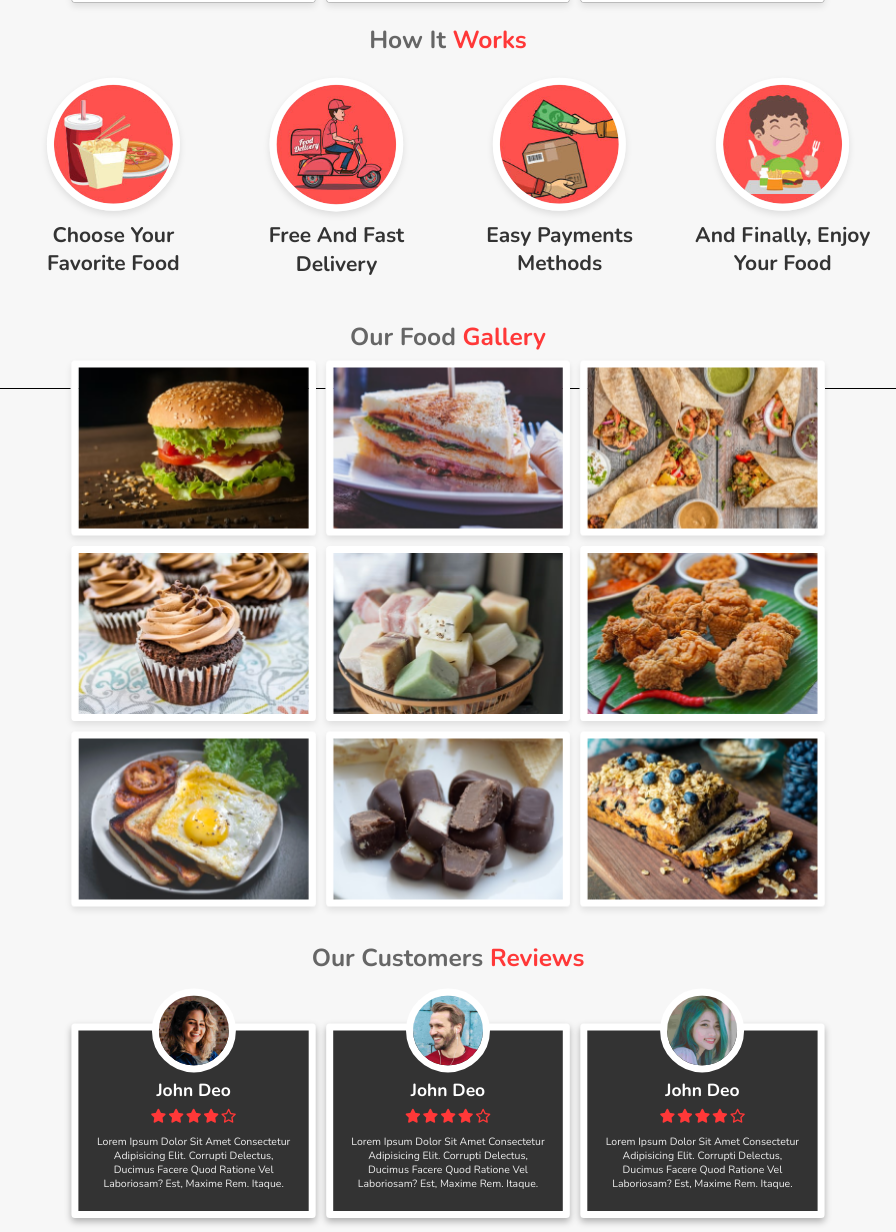
Repository: wenxi0504/ResturantApp-static-
Page: index.html
The author's editor kept a copy of each file at every save. The page is drawn from the files as they stood at one save, then again after the next save.
The browser window is 1280 px wide. The pictures show the part of the page from y = 2350 to 4270 px (the page is 4110 px tall before and 4270 px after), at 70% of full size.

Above is the page before, as saved 2022-01-10 01:15:54.
Console error: TypeError: Cannot read properties of null (reading 'classList')

After the next save:
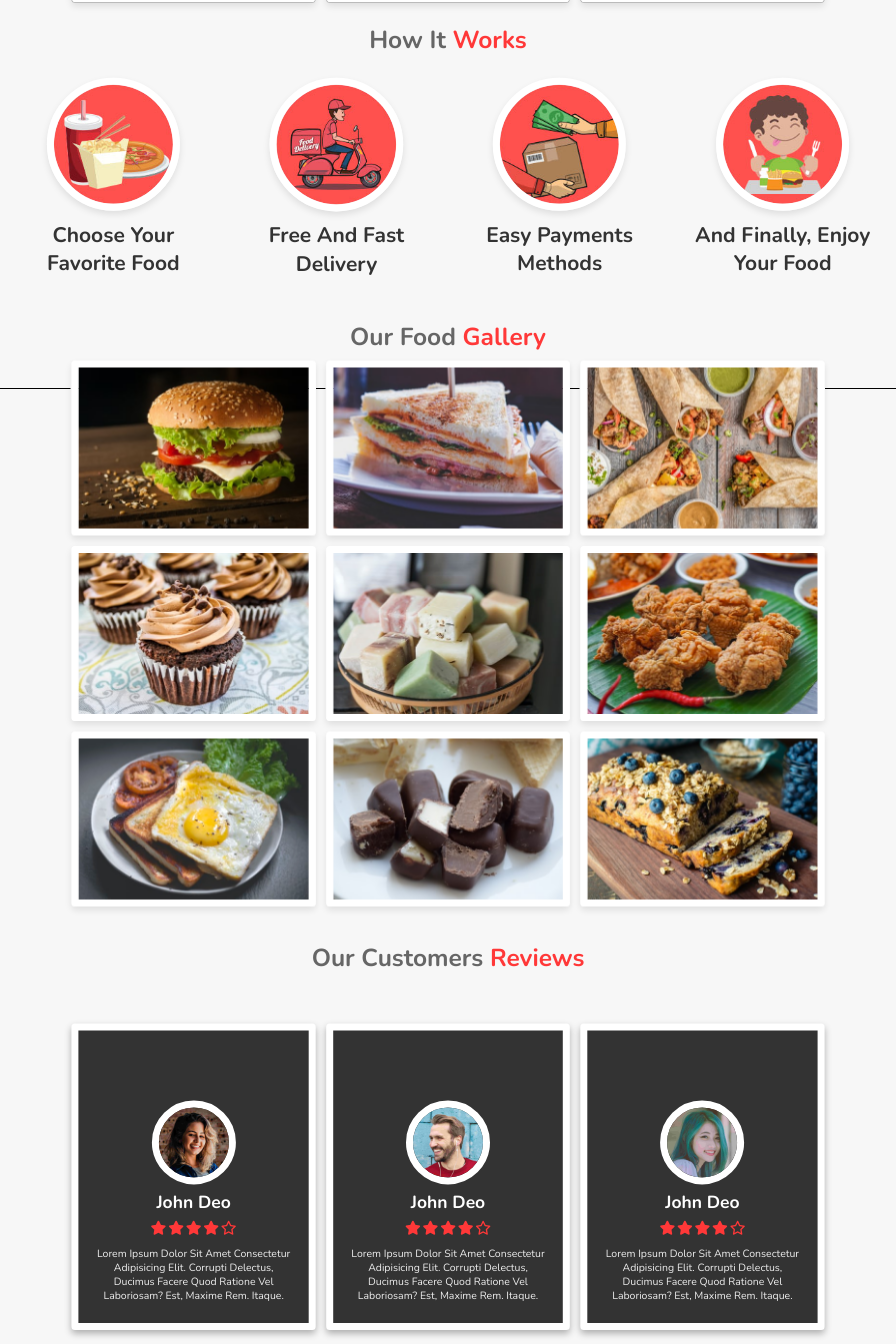
Saved 40 s later.
--- a/style.css
+++ b/style.css
@@ -382,7 +382,7 @@
   width:12rem;
   border-radius: 50%;
   border:1rem solid #fff;
-  margin-top: -8rem;
+  margin-top: 8rem;
   object-fit: cover;
 }
 

After the save that followed:
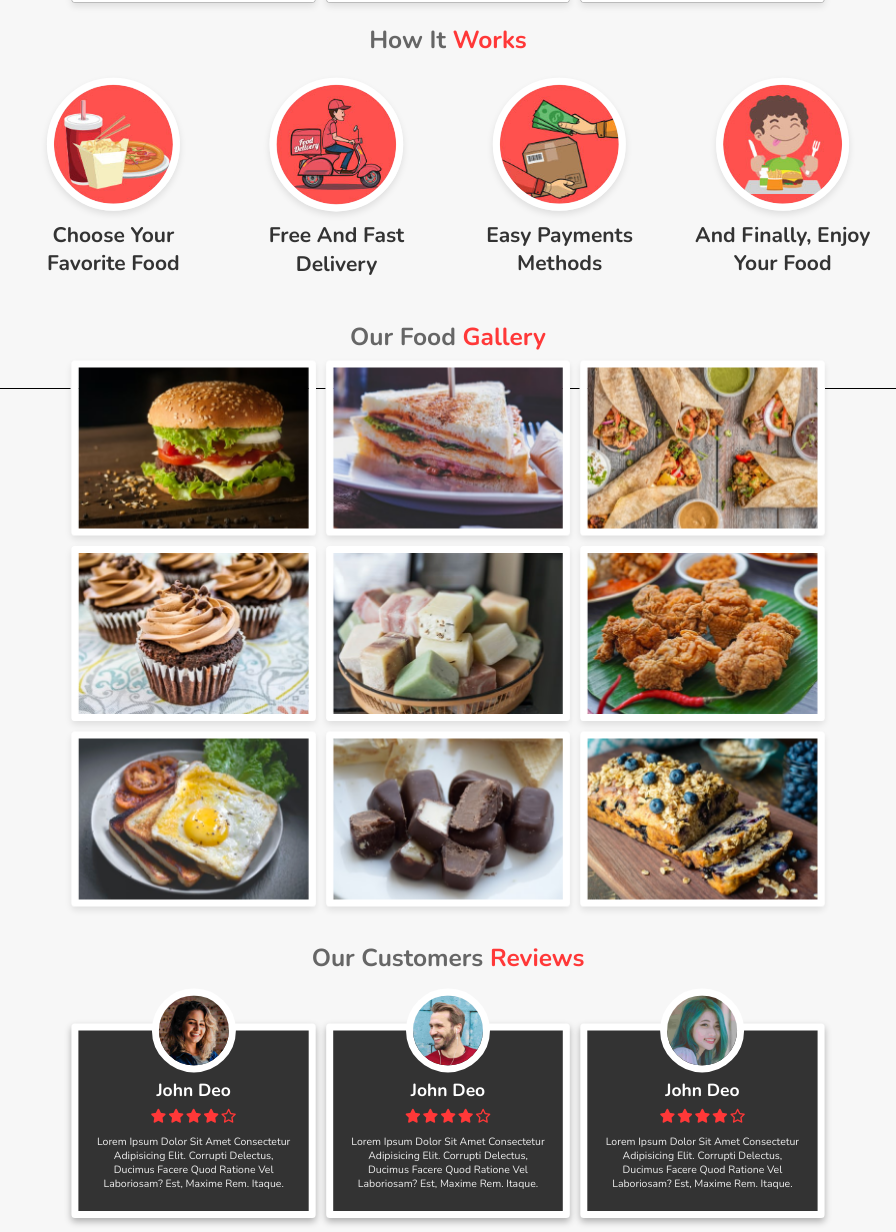
Saved 11 s later.
--- a/style.css
+++ b/style.css
@@ -382,7 +382,7 @@
   width:12rem;
   border-radius: 50%;
   border:1rem solid #fff;
-  margin-top: 8rem;
+  margin-top: -8rem;
   object-fit: cover;
 }
 
